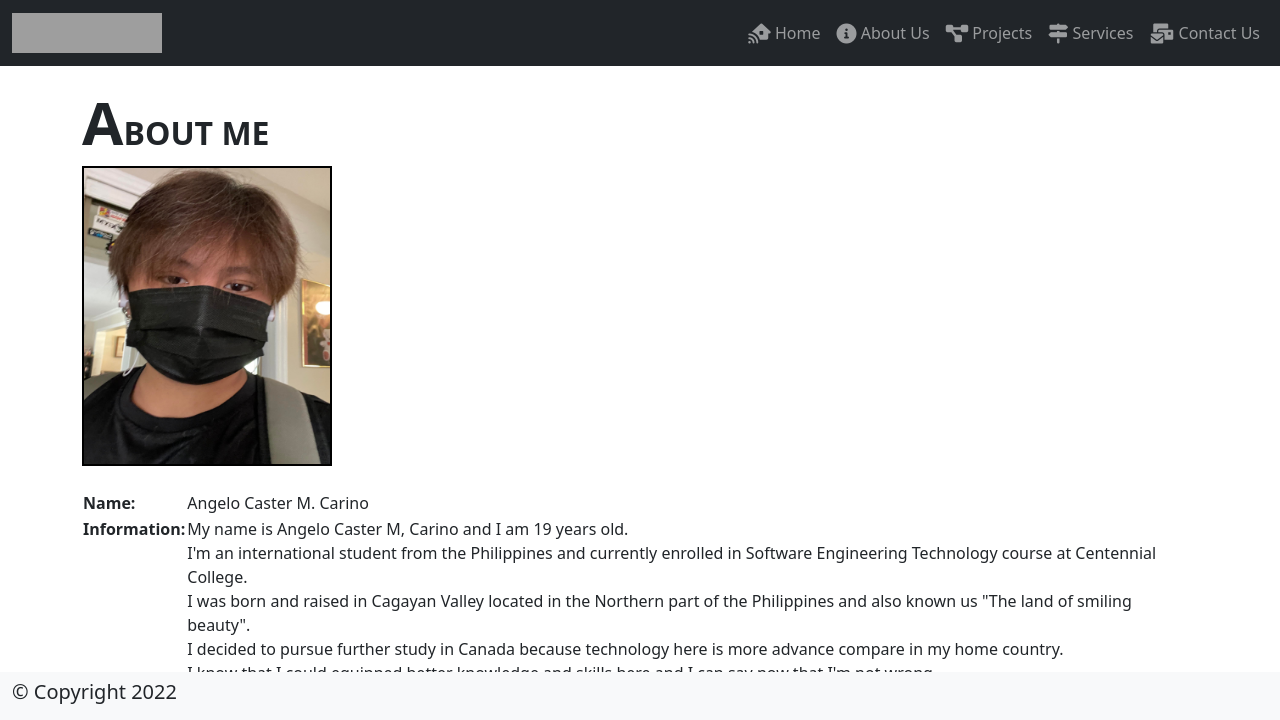
Repository: acarino4/Express-Portfolio-Site
Page: http://localhost/about
The author's editor kept a copy of each file at every save. The page is drawn from the files as they stood at one save, then again after the next save.
The browser window is 1280 px wide. The pictures show the whole page.
Pictures or frames that could not be fetched are drawn as grey boxes. The page is served by the project's Node server (server.js). Other server files are loaded and not shown.

Above is the page before, as saved 2022-10-08 18:37:07.

### Server/Views/index.ejs
<!--
    *****************************************
    * File Name: MyExpressPortfolio         *
    * Students Name: Jenyll Mabborang       *
    * Student ID: 301225121                 *
    * Date: June 06, 2022                   *
    *****************************************
-->

<!DOCTYPE html>
<html lang="en">
<head>
    <meta charset="UTF-8">
    <meta http-equiv="X-UA-Compatible" content="IE=edge">
    <meta name="viewport" content="width=device-width, initial-scale=1.0">
    <title><%= title %></title>
    <!-- CSS Goes Here -->
    <link rel="stylesheet" href="./bootstrap/dist/css/bootstrap.min.css">
    <link rel="stylesheet" href="./@fortawesome/fontawesome-free/css/all.min.css">
    <link rel="stylesheet" href="./Content/app.css">
</head>
<body>
    <!-- Main Navigation Section -->
    <header>
        <%- include('components/header.ejs'); %> <!-- Inserts or injects my header.ejs inside my header-->
    </header>

    <!-- Content Section -->
    <main>
        <%- include('content/' + page + '.ejs'); %>
    </main>

    <!-- Site-wide Footer Section -->
    <footer>
        <!-- Site-wide footer -->
        <%- include('components/footer.ejs'); %> <!-- Inserts or injects my footerr.ejs inside my footer-->
    </footer>

    <!-- JavaScript goes here -->
    <script src="./jquery/dist/jquery.min.js"></script>
    <script src="./bootstrap/dist/js/bootstrap.min.js"></script>
    <script src="./@fortawesome/fontawesome-free/js/all.min.js"></script>
    <script src="./Scripts/app.js"></script>
</body>
</html>

### Server/Views/components/header.ejs
<!--
  Name: Angelo Caster M. Carino
  Student ID: 301223955
  Assignment 1: Express Portfolio Site
-->
<nav class="navbar navbar-expand-lg navbar-dark bg-dark">
    <div class="container-fluid">
      <a class="navbar-brand" href="/"><img src="./Assets/images/logo.png" alt="" width="150" height="40"></i> </a>
      <button class="navbar-toggler" type="button" data-bs-toggle="collapse" data-bs-target="#navbarSupportedContent" aria-controls="navbarSupportedContent" aria-expanded="false" aria-label="Toggle navigation">
        <span class="navbar-toggler-icon"></span>
      </button>
      <div class="collapse navbar-collapse" id="navbarSupportedContent">
        <ul class="navbar-nav ms-auto mb-2 mb-lg-0">

          <!-- Home Page link -->
          <li class="nav-item">
            <a class="nav-link" aria-current="page" href="/home"><i class="fa-solid fa-house-signal fa-lg"></i> Home</a>
          </li>

          <!-- About Page link -->
          <li class="nav-item">
            <a class="nav-link" aria-current="page" href="/about"><i class="fa-solid fa-circle-info fa-lg"></i></i> About Us</a>
          </li>

          <!-- Projects Page link -->
          <li class="nav-item">
            <a class="nav-link" aria-current="page" href="/projects"><i class="fa-solid fa-diagram-project fa-lg"></i></i> Projects</a>
          </li>

          <!-- Services Page link -->
          <li class="nav-item">
            <a class="nav-link" aria-current="page" href="/services"><i class="fa-solid fa-signs-post fa-lg"></i></i> Services</a>
          </li>

          <!-- Contact Page link -->
          <li class="nav-item">
            <a class="nav-link" aria-current="page" href="/contact"><i class="fa-solid fa-envelopes-bulk fa-lg"></i> Contact Us</a>
          </li>

        </ul>
      </div>
    </div>
  </nav>

### Server/Views/content/about.ejs
<!--
  Name: Angelo Caster M. Carino
  Student ID: 301223955
  Assignment 1: Express Portfolio Site
-->
<!-- ABOUT.EJS body content section -->
<head>
    <style>
        body {
            background-color:;
        }

   </style>

</head>
<div class="container" style="padding-top: 20px;">
    <h2><strong><span style = "font-size: 60px">A</span>BOUT ME</strong></h2>
    <table>
        <!-- My personal image -->
        <img src="./Assets/images/caster.jpg" alt="" width="250" height="300" style = "border: 2px solid black; border-style: double;">
        <br>
        <br>
        <tr>
            <td><strong>Name: </strong> </td>
            <td> Angelo Caster M. Carino </td>
        </tr>

        <tr>
            <!-- Short paragraph of who I am -->
            <td valign="top"><strong> Information: </strong> </td>
            <td>My name is Angelo Caster M, Carino and I am 19 years old.<br>
                I'm an international student from the Philippines and currently enrolled in
                Software Engineering Technology course at Centennial College. <br>
                I was born and raised in Cagayan Valley located in the Northern part of the Philippines and also known us
                "The land of smiling beauty".<br>
                I decided to pursue further study in Canada because technology here is more advance compare in my home country. <br>
                I know that I could equipped better knowledge and skills here and I can say now that I'm not wrong.
            </td>
        </tr>

        <tr>
            <!-- Link to my resume (PDF version) -->
            <td><strong> Resume: </strong></td>
            <td><a href="./Assets/pdf/resume.pdf"> Click here </a></td>
            <td></td>
        </tr>
    </table>
</div>

### Server/Views/components/footer.ejs
<!--
  Name: Angelo Caster M. Carino
  Student ID: 301223955
  Assignment 1: Express Portfolio Site
-->

<nav class="navbar fixed-bottom bg-light">
    <div class="container-fluid">
      <h5 id="copyright">&copy; Copyright 2022 </h5>
    </div>
</nav>

### server.js
#!/usr/bin/env node
"use strict";
var __importDefault = (this && this.__importDefault) || function (mod) {
    return (mod && mod.__esModule) ? mod : { "default": mod };
};
Object.defineProperty(exports, "__esModule", { value: true });
const app_1 = __importDefault(require("./Server/Config/app"));
const debug_1 = __importDefault(require("debug"));
(0, debug_1.default)('lesson4:server');
const http_1 = __importDefault(require("http"));
const port = normalizePort(process.env.PORT || '3000');
app_1.default.set('port', port);
const server = http_1.default.createServer(app_1.default);
server.listen(port);
server.on('error', onError);
server.on('listening', onListening);
function normalizePort(val) {
    var port = parseInt(val, 10);
    if (isNaN(port)) {
        return val;
    }
    if (port >= 0) {
        return port;
    }
    return false;
}
function onError(error) {
    if (error.syscall !== 'listen') {
        throw error;
    }
    let bind = typeof port === 'string'
        ? 'Pipe ' + port
        : 'Port ' + port;
    switch (error.code) {
        case 'EACCES':
            console.error(bind + ' requires elevated privileges');
            process.exit(1);
            break;
        case 'EADDRINUSE':
            console.error(bind + ' is already in use');
            process.exit(1);
            break;
        default:
            throw error;
    }
}
function onListening() {
    let addr = server.address();
    let bind = 'pipe ' + addr;
    (0, debug_1.default)('Listening on ' + bind);
}
//# sourceMappingURL=server.js.map

### Server/Routes/index.js
"use strict";
var __importDefault = (this && this.__importDefault) || function (mod) {
    return (mod && mod.__esModule) ? mod : { "default": mod };
};
Object.defineProperty(exports, "__esModule", { value: true });
const express_1 = __importDefault(require("express"));
const router = express_1.default.Router();
router.get('/', function (req, res, next) {
    res.render('index', { title: 'Home', page: 'home' });
});
router.get('/home', function (req, res, next) {
    res.render('index', { title: 'Home', page: 'home' });
});
router.get('/about', function (req, res, next) {
    res.render('index', { title: 'About Us', page: 'about' });
});
router.get('/projects', function (req, res, next) {
    res.render('index', { title: 'Our Projects', page: 'projects' });
});
router.get('/services', function (req, res, next) {
    res.render('index', { title: 'Our Services', page: 'services' });
});
router.get('/contact', function (req, res, next) {
    res.render('index', { title: 'Contact Us', page: 'contact' });
});
exports.default = router;
//# sourceMappingURL=index.js.map

### Client/Content/app.css
/*CUSTOM CSS GOES HERE*/

### Client/Scripts/app.js
"use strict";
(function () {
    function Start() {
        console.log("App Started!");
        let XHR = new XMLHttpRequest();
        XHR.open("GET", "../data/data.json");
        XHR.send();
        XHR.addEventListener("readystatechange", function () {
            if (XHR.readyState == 4 && XHR.status == 200) {
                console.log("JSON Data:");
                console.log("===========");
                console.log(XHR.responseText);
            }
        });
    }
    window.addEventListener("load", Start);
})();
//# sourceMappingURL=app.js.map

### Client/data/data.json
{
    "FullName": "Jenyll Mabborang",
    "ContactNumber": "564315584",
    "EmailAddress": "jenyll@example.com"
}

After the next save:
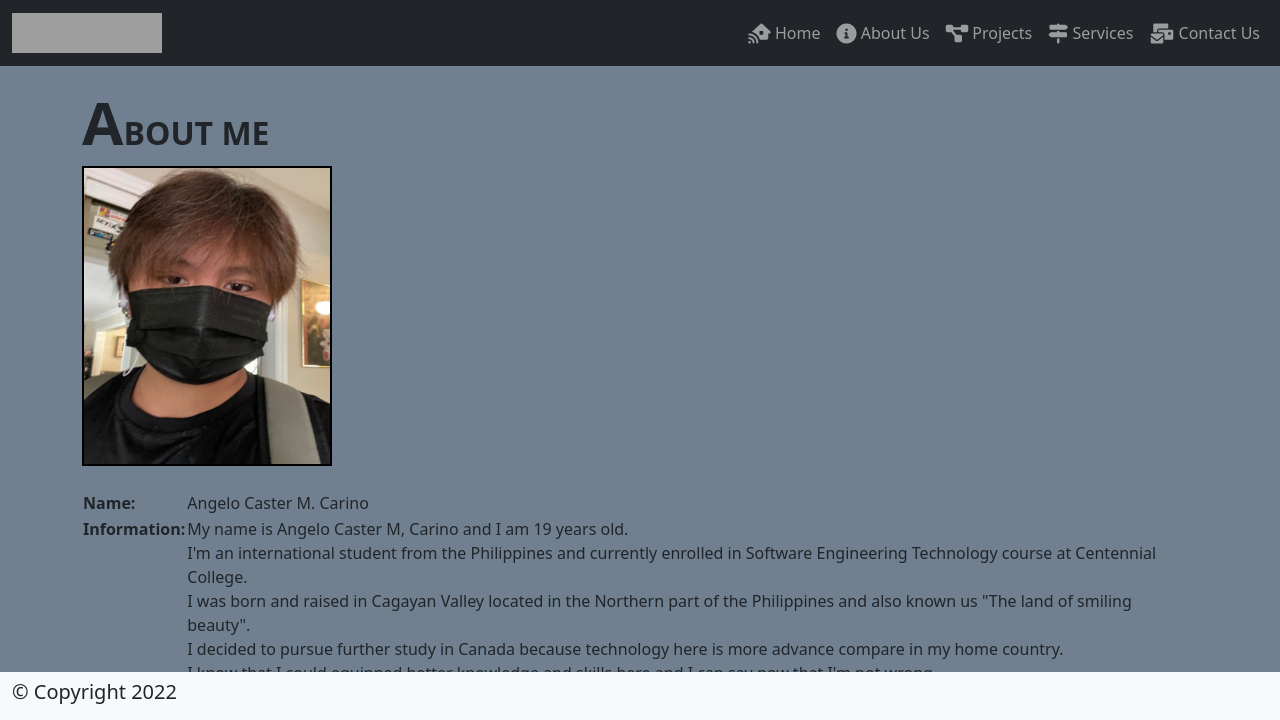
Saved 15 s later.
--- a/Server/Views/content/about.ejs
+++ b/Server/Views/content/about.ejs
@@ -7,7 +7,7 @@
 <head>
     <style>
         body {
-            background-color:;
+            background-color:slategrey;
         }
 
    </style>
